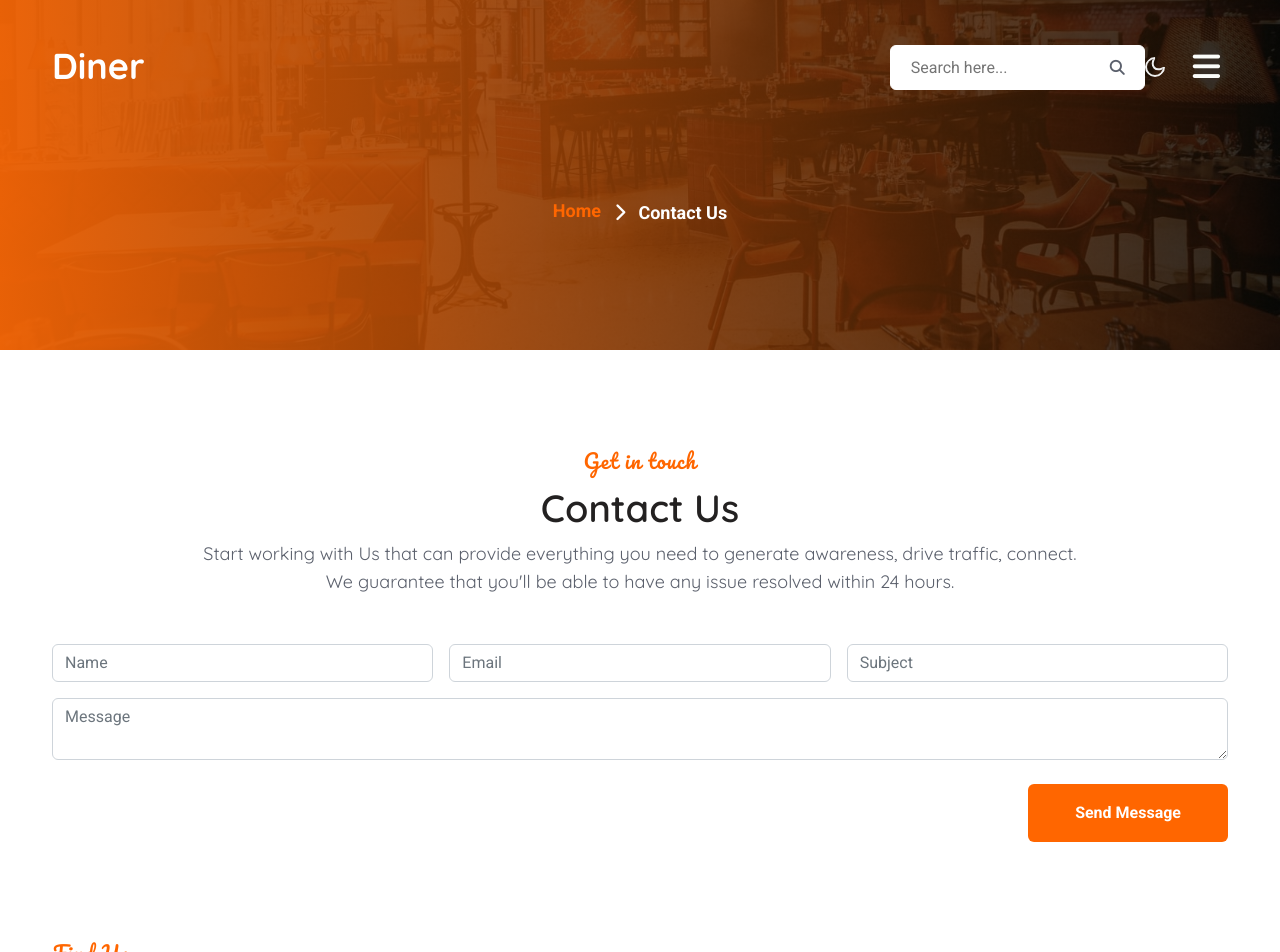
Repository: minhtrivu6199/Diner
Page: contact.html
These files come from the project's save history. The page is drawn as it stood at one moment and after the next save; the edit follows.
The browser window is 1280 px wide. The pictures show the part of the page from y = 0 to 952 px (the page is 2237 px tall).
Backgrounds fixed to the window are drawn as part of the page. The style sheet was rebuilt from its Sass, Less or Tailwind sources for each picture, by a compiler version that may differ from the author's.

Above is the page before, as saved 2022-10-13 12:45:53.

After the next save:
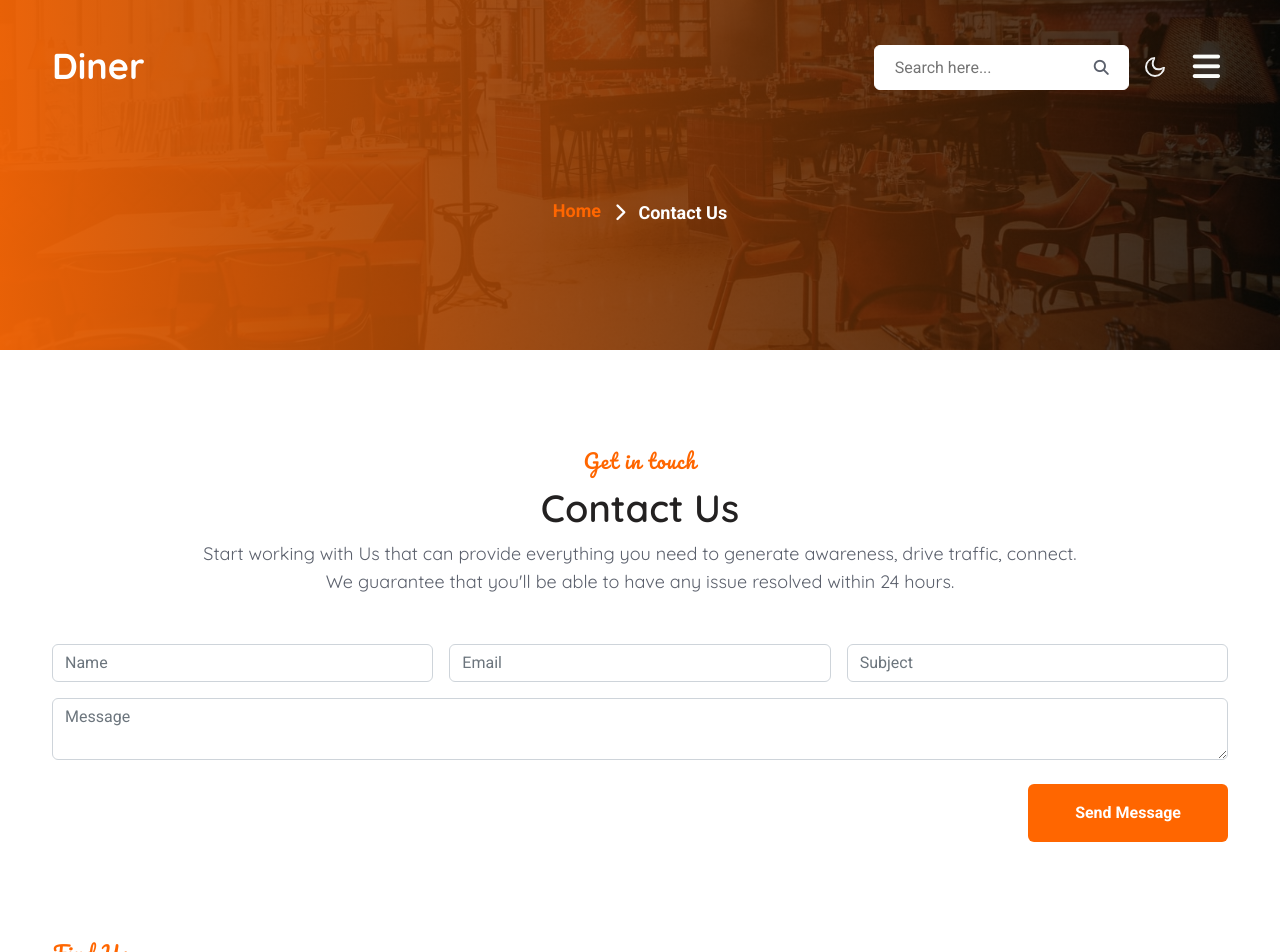
Saved 21 s later.
--- a/contact.html
+++ b/contact.html
@@ -65,7 +65,7 @@
                 <span class="fa fa-search search-icon"></span>
               </form>
             </div>
-            <div class="menu text-center">
+            <div class="menu text-center ms-3">
               <div class="mobile-position">
                 <nav class="navigation">
                   <div class="theme-switch-wrapper">
